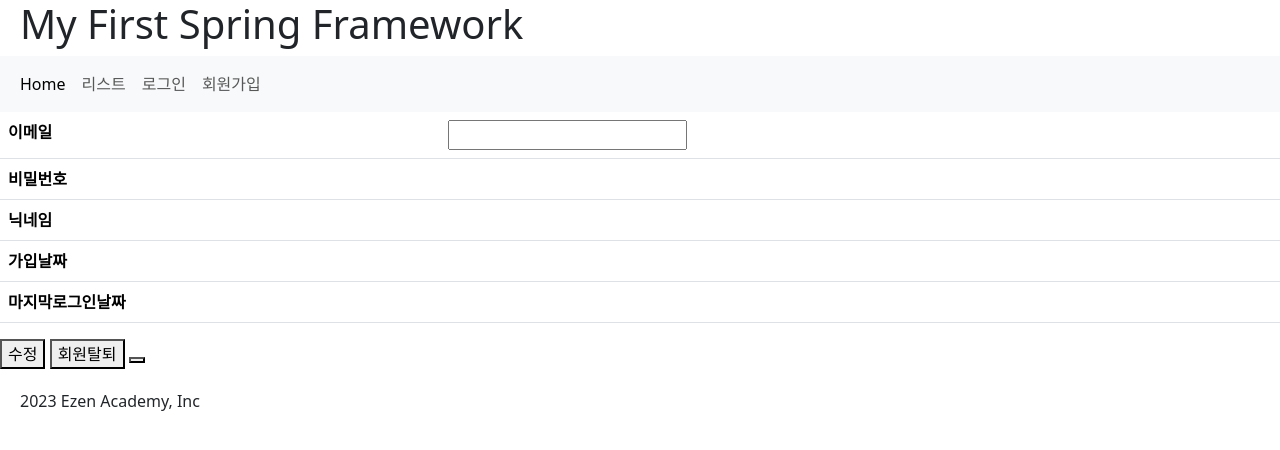
Repository: HongSeungBo/newspring
Page: http://localhost/springProject/WEB-INF/views/member/modify.jsp
The author's editor kept a copy of each file at every save. The page is drawn from the files as they stood at one save, then again after a run of saves.
The browser window is 1280 px wide. The pictures show the whole page.
The page is served by Tomcat 9. Nobody is signed in. Other server files are loaded and not shown. The template is opened directly, without the code that normally fills it, so the values that code supplies are empty.

Above is the page before, as saved 2023-10-31 07:21:06.
Console error: SyntaxError: Unexpected identifier 'eventDefault'

### springProject/src/main/webapp/WEB-INF/views/member/modify.jsp
<%@ page language="java" contentType="text/html; charset=UTF-8"
    pageEncoding="UTF-8"%>
<!DOCTYPE html>
<html>
<head>
<meta charset="UTF-8">
<title>Insert title here</title>
</head>
<body>
<jsp:include page="../common/header.jsp"></jsp:include>
<jsp:include page="../common/nav.jsp"></jsp:include>
<form action="/member/modify" method="post">
	<table class="table">
		<tr>
			<th>이메일</th>
			<td>
				<input type="text" name="email" value="">
			</td>
		</tr>
		<tr>
			<th>비밀번호</th>
			<td>
			</td>
		</tr>
		<tr>
			<th>닉네임</th>
			<td>
			</td>
		</tr>
		<tr>
			<th>가입날짜</th>
			<td>
			</td>
		</tr>
		<tr>
			<th>마지막로그인날짜</th>
			<td>
			</td>
		</tr>
	</table>
	<button type="submit">수정</button>
	<a href="/"><button type="button">회원탈퇴</button></a>
	<a href="/"><button type="button"></button></a>
</form>
<jsp:include page="../common/footer.jsp"></jsp:include>
</body>
</html>

### springProject/src/main/webapp/WEB-INF/views/common/header.jsp
<%@ page language="java" contentType="text/html; charset=UTF-8"
    pageEncoding="UTF-8"%>
    <%@ taglib prefix="c" uri="http://java.sun.com/jsp/jstl/core" %>
<!DOCTYPE html>
<html>
<head>
<style type="text/css">
h1{
	margin: 20px;
}
</style>
<meta charset="UTF-8">
<title>Insert title here</title>
<link href="https://cdn.jsdelivr.net/npm/bootstrap@5.3.1/dist/css/bootstrap.min.css" rel="stylesheet" integrity="sha384-4bw+/aepP/YC94hEpVNVgiZdgIC5+VKNBQNGCHeKRQN+PtmoHDEXuppvnDJzQIu9" crossorigin="anonymous">
<script src="https://cdn.jsdelivr.net/npm/bootstrap@5.3.1/dist/js/bootstrap.bundle.min.js" integrity="sha384-HwwvtgBNo3bZJJLYd8oVXjrBZt8cqVSpeBNS5n7C8IVInixGAoxmnlMuBnhbgrkm" crossorigin="anonymous"></script>
</head>
<body>
	<h1>My First Spring Framework</h1>
</body>
</html>

### springProject/src/main/webapp/WEB-INF/views/common/nav.jsp
<%@ page language="java" contentType="text/html; charset=UTF-8"
	pageEncoding="UTF-8"%>
	<%@ taglib prefix="c" uri="http://java.sun.com/jsp/jstl/core" %>
	<%@ taglib prefix="sec"  uri="http://www.springframework.org/security/tags" %>
<!DOCTYPE html>
<html>
<head>
<meta charset="UTF-8">
<title>Insert title here</title>
</head>
<body>
	<header>
		<nav class="navbar navbar-expand-lg bg-body-tertiary">
  <div class="container-fluid">
    <div class="collapse navbar-collapse" id="navbarSupportedContent">
      <ul class="navbar-nav me-auto mb-2 mb-lg-0">
        <li class="nav-item">
          <a class="nav-link active" aria-current="page" href="/">Home</a>
        </li>
        <li class="nav-item">
          <a class="nav-link" href="/board/list">리스트</a>
        </li>
        <sec:authorize access="isAuthenticated()">
        	<!-- 사용자 정보는 principal -->
        	<sec:authentication property="principal.mvo.email" var="authEmail"/>
        	<sec:authentication property="principal.mvo.nickName" var="authNick"/>
        	<sec:authentication property="principal.mvo.authList" var="auths"/>

        	<c:choose>
        		<c:when test="${auths.stream().anyMatch(authVO -> authVO.auth.equals('ROLE_ADMIN')).get() }">
        			<li class="nav-item">
        				<a class="nav-link" href="/member/list">ADMIN > ${authEmail }</a>
        			</li>
        		</c:when>
        		<c:otherwise>
        			<li class="nav-item">
        				<a class="nav-link" href="/member/detail?email=${authEmail }">${authNick }</a>
        			</li>
        		</c:otherwise>
        	</c:choose>
			<li class="nav-item">
			   <a class="nav-link" href="/board/register">글쓰기</a>
			</li>

	    	<li class="nav-item">
	    	    <a class="nav-link" href="/member/logout" id="logoutLink">로그아웃</a>
		    </li>
	    	<li class="nav-item">
	    	    <a class="nav-link" href="/member/modify?email=${authEmail }" id="memmodify">회원정보 수정</a>
		    </li>
	        <form action="/member/logout" method="post" id="logoutForm">
	    	    <input type="hidden" name="email" value="${authEmail }">
	        </form>
        </sec:authorize>

	    <sec:authorize access="isAnonymous()">
	        <li class="nav-item">
	          <a class="nav-link" href="/member/login">로그인</a>
	        </li>
	        <li class="nav-item">
	          <a class="nav-link" href="/member/register">회원가입</a>
	        </li>
	    </sec:authorize>
      </ul>
    </div>
  </div>
</nav>
	</header>
<script type="text/javascript">
document.getElementById('logoutLink').addEventListener('click',function(e){
	e.pr	eventDefault();
	document.getElementById('logoutForm').submit();
})
</script>
</body>
</html>

### springProject/src/main/webapp/WEB-INF/views/common/footer.jsp
<%@ page language="java" contentType="text/html; charset=UTF-8"
    pageEncoding="UTF-8"%>
    <%@ taglib prefix="c" uri="http://java.sun.com/jsp/jstl/core" %>
<!DOCTYPE html>
<html>
<head>
<style type="text/css">
p{
	margin: 20px;
}
</style>
<meta charset="UTF-8">
<title>Insert title here</title>
</head>
<body>
<div>
	<p>2023 Ezen Academy, Inc</p>
</div>
</body>
</html>

After the next 2 saves:
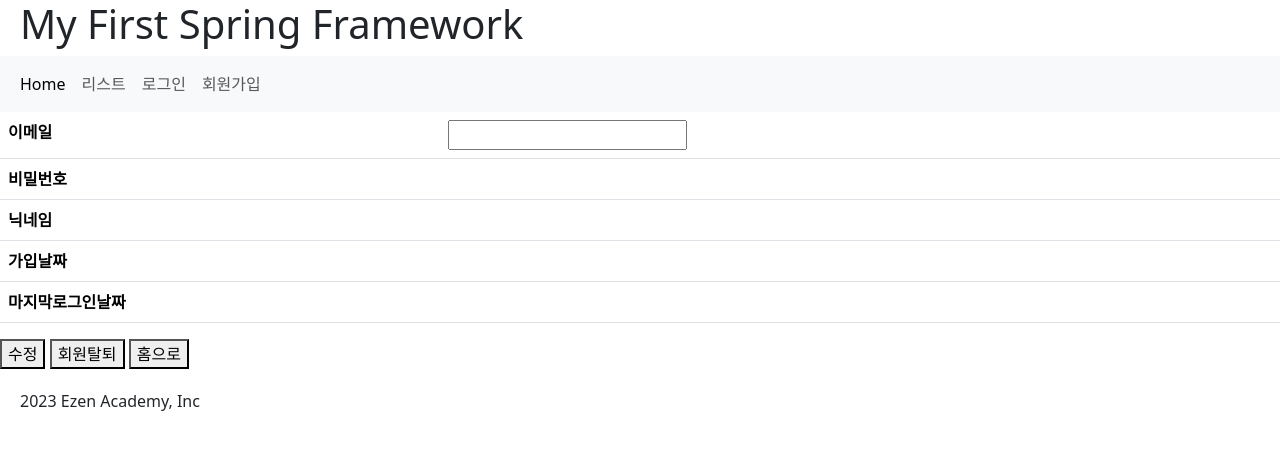
The 2 saves are shown as one change because they came seconds apart.
The last was saved 19 s later.
--- a/springProject/src/main/webapp/WEB-INF/views/member/modify.jsp
+++ b/springProject/src/main/webapp/WEB-INF/views/member/modify.jsp
@@ -39,8 +39,8 @@
 		</tr>
 	</table>
 	<button type="submit">수정</button>
-	<a href="/"><button type="button">회원탈퇴</button></a>
-	<a href="/"><button type="button"></button></a>
+	<a href="#"><button type="button">회원탈퇴</button></a>
+	<a href="/"><button type="button">홈으로</button></a>
 </form>
 <jsp:include page="../common/footer.jsp"></jsp:include>
 </body>
